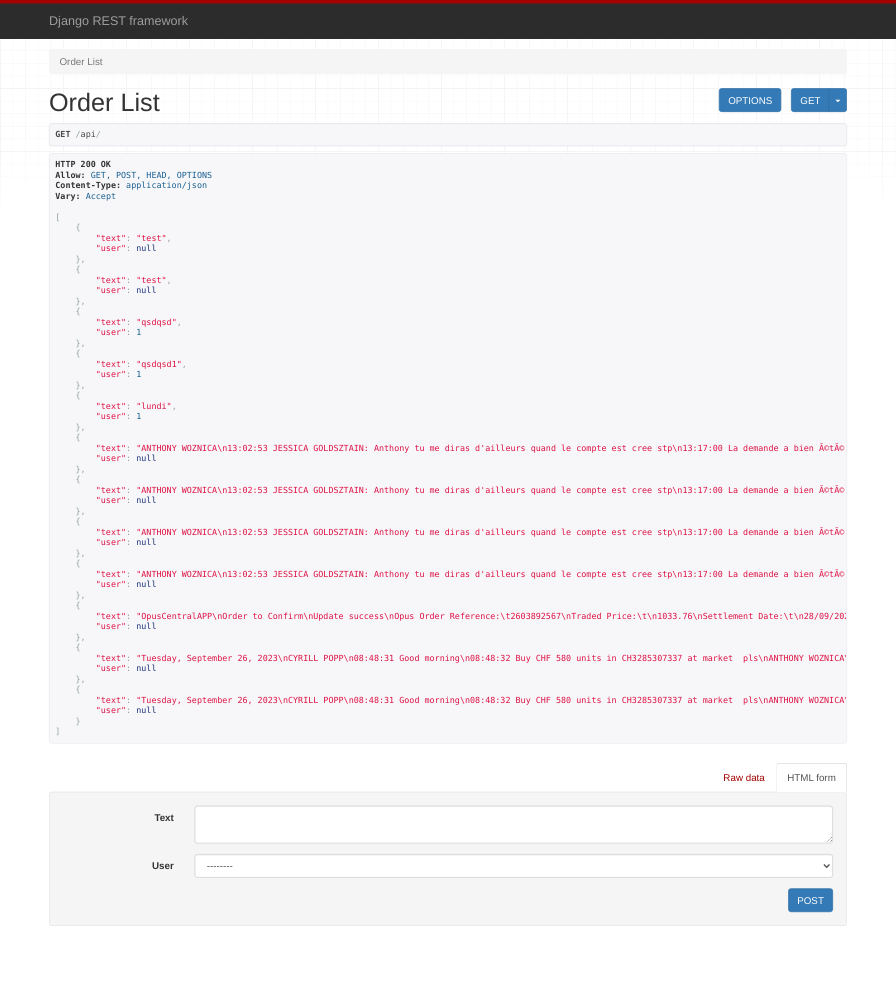
Repository: Dispasim/API2
Page: http://localhost/api/
The author's editor kept a copy of each file at every save. The page is drawn from the files as they stood at one save, then again after the next save.
The browser window is 1280 px wide. The pictures show the part of the page from y = 0 to 1920 px (the page is 1403 px tall before and 3922 px after), at 70% of full size.
Backgrounds fixed to the window are drawn as part of the page. The page is served by the project's application, run on Django 4.2 (manage.py). Other server files are loaded and not shown. The page reads the database file committed with the project.

Above is the page before, as saved 2023-11-15 22:42:53.

### projet/models.py
from django.db import models
from django.contrib.auth.models import User
from django.db.models.query import QuerySet
from django.utils import timezone

# Create your models here.

class Category(models.Model):
    name = models.CharField(max_length=100)

class Order(models.Model):

    class OrderObject(models.Manager):
        def get_queryset(self) -> QuerySet:
            return super().get_queryset().filter(status='processed')

    options = ["processing", "Processed"]

    text = models.TextField()
    isin = models.CharField(max_length=12,null=True)
    trade_date = models.DateField(null=True)
    settlement_date = models.DateField(null=True)
    primary_brocker = models.CharField(max_length=100,null=True)
    sens = models.CharField(max_length=100,null=True)
    trader = models.CharField(max_length=100,null=True)
    price = models.IntegerField(null=True)
    size = models.IntegerField(null=True)
    price_type = models.CharField(max_length=10,null=True)
    currency = models.CharField(max_length=10,null=True)
    clean_dirty = models.CharField(max_length=100,null=True)
    published = models.DateTimeField(default=timezone.now,null=True)#appeler Timestamp
    user = models.ForeignKey(User, on_delete=models.PROTECT,null=True)#pas nécessaire
    #Status = models.CharField(max_length=10, choices = options, default='processing')
    objects = models.Manager()
    orderobjects =  OrderObject()
    #category = models.ForeignKey(Category, on_delete=models.PROTECT, default = 1)

class subtrade(models.Model):
    text_subtrade = models.CharField(max_length=100,null = True, blank = True)
    #timestamp = models.DateTimeField(default=timezone.now,null=True)
    #objects = models.Manager()

class brockertrade(models.Model):
    text_brockertrade = models.TextField(null = True, blank = True)
    timestamp = models.DateTimeField(default=timezone.now,null=True)

#nomenclature : découper une pâte = subtrade
#réunion de deux subtrade = brockertrade

### projet_api/serializers.py
from rest_framework import serializers
from projet.models import Order

class OrderSerializer(serializers.ModelSerializer):
    class Meta:
        model = Order
        #fields = ("text","isin","trade_date","settlement_date","primary_brocker","sens","trader","price","size","price_type","currency","clean_dirty","user")#ajouter status
        fields = ("text","user")

### projet_api/views.py
from django.shortcuts import render
from rest_framework import generics
from projet.models import Order
from .serializers import OrderSerializer
# Create your views here.

class OrderList(generics.ListCreateAPIView):
    queryset  = Order.objects.all()#orderobject
    serializer_class = OrderSerializer


class OrderDetail(generics.RetrieveDestroyAPIView):
    Queryset = Order.objects.all()
    serializer_class = OrderSerializer

### core/urls.py

from django.contrib import admin
from django.urls import path, include

urlpatterns = [
    path('admin/', admin.site.urls),
    path('',include('projet.urls', namespace='projet')),
    path('api/',include('projet_api.urls', namespace='projet_api'))
]

### projet/urls.py
from django.urls import path
from django.views.generic import TemplateView
from .views import test
from .views import create_subtrade

app_name = 'projet'

urlpatterns = [

    #path('test/',TemplateView.as_view(template_name="projet/test.html")),
    path("test/", test, name="index"),
    path('', create_subtrade, name='create_subtrade')

]

### projet_api/urls.py
from django.urls import path
from .views import OrderList, OrderDetail

app_name = 'projet_api'

urlpatterns = [
    path('<int:pk>/',OrderDetail.as_view(),name='detailcreate'),
    path('',OrderList.as_view(), name='listcreate')
]

### db.sqlite3 (the tables this page reads, as SQL)
CREATE TABLE "auth_user" ("id" integer NOT NULL PRIMARY KEY AUTOINCREMENT, "password" varchar(128) NOT NULL, "last_login" datetime NULL, "is_superuser" bool NOT NULL, "username" varchar(150) NOT NULL UNIQUE, "last_name" varchar(150) NOT NULL, "email" varchar(254) NOT NULL, "is_staff" bool NOT NULL, "is_active" bool NOT NULL, "date_joined" datetime NOT NULL, "first_name" varchar(150) NOT NULL);
INSERT INTO "auth_user" VALUES
(1, 'pbkdf2_sha256$600000$B7RVPEkLVBTsnWIMyT88z8$smROCXotDNxek4QRbescCy2RKYGCicNA1HIFizQhF+8=', '2023-10-30 19:08:28.519506', 1, 'admin', '', '', 1, 1, '2023-10-30 15:03:18.508687', '');

CREATE TABLE "projet_order" ("id" integer NOT NULL PRIMARY KEY AUTOINCREMENT, "text" text NOT NULL, "clean_dirty" varchar(100) NULL, "currency" varchar(10) NULL, "isin" varchar(12) NULL, "price" integer NULL, "price_type" varchar(10) NULL, "primary_brocker" varchar(100) NULL, "published" datetime NULL, "sens" varchar(100) NULL, "settlement_date" date NULL, "size" integer NULL, "trade_date" date NULL, "trader" varchar(100) NULL, "user_id" integer NULL REFERENCES "auth_user" ("id") DEFERRABLE INITIALLY DEFERRED);
INSERT INTO "projet_order" VALUES
(1, 'test', NULL, NULL, NULL, NULL, NULL, NULL, '2023-11-05 22:40:27.964148', NULL, NULL, NULL, NULL, NULL, NULL),
(2, 'test', NULL, NULL, NULL, NULL, NULL, NULL, '2023-11-05 22:40:27.964148', NULL, NULL, NULL, NULL, NULL, NULL),
(3, 'qsdqsd', NULL, NULL, NULL, NULL, NULL, NULL, '2023-11-05 22:40:40.312300', NULL, NULL, NULL, NULL, NULL, 1),
(4, 'qsdqsd1', NULL, NULL, NULL, NULL, NULL, NULL, '2023-11-05 22:41:47.386012', NULL, NULL, NULL, NULL, NULL, 1),
(5, 'lundi', NULL, NULL, NULL, NULL, NULL, NULL, '2023-11-06 08:49:39.756927', NULL, NULL, NULL, NULL, NULL, 1),
(6, 'ANTHONY WOZNICA
13:02:53 JESSICA GOLDSZTAIN: Anthony tu me diras d''ailleurs quand le compte est cree stp
13:17:00 La demande a bien Ã©tÃ© faite; je te dis quand c''est done
13:07:40 LUCILE COMBE: Anthony en fait je bends 250 partt toal de bond opp : 150 pour le fonds cstb et 100 pour le fonds cma
13:17:10 Bien vu, un instant
13:39:17 100.86 au bid
13:44:03 @Lucile Combe , let me know si c''est good pour toi
14:20:46 Lucile, pour le booking de mon cÃ´tÃ© je te confirme qu''on est done pour:
6,758,000 EUR pour UBS
2,494,000 EUR pour la bil
543,000 EUR pour Cm CIC
700,000 EUR pour le fonds CSTB chez caceis lux
800,000 EUR pour le fonds CMA chez caceis lux
1075,000 EUR pour le fonds CWMA chez caceis lux
400,000 EUR pour le fonds SDA Gestion chez Cm-cic

tous Ã  100%, TD 14 VD 22/09', '(''caceis'', 3)', '(''je'', 3)', '(''pour'', 11)', 3, '(''chez'', 4)', '(''le'', 8)', '2023-11-15 23:44:28.036358', '(''EUR'', 7)', '2023-11-16', 11, '2023-11-16', '(''fonds'', 6)', NULL),
(7, 'ANTHONY WOZNICA
13:02:53 JESSICA GOLDSZTAIN: Anthony tu me diras d''ailleurs quand le compte est cree stp
13:17:00 La demande a bien Ã©tÃ© faite; je te dis quand c''est done
13:07:40 LUCILE COMBE: Anthony en fait je bends 250 partt toal de bond opp : 150 pour le fonds cstb et 100 pour le fonds cma
13:17:10 Bien vu, un instant
13:39:17 100.86 au bid
13:44:03 @Lucile Combe , let me know si c''est good pour toi
14:20:46 Lucile, pour le booking de mon cÃ´tÃ© je te confirme qu''on est done pour:
6,758,000 EUR pour UBS
2,494,000 EUR pour la bil
543,000 EUR pour Cm CIC
700,000 EUR pour le fonds CSTB chez caceis lux
800,000 EUR pour le fonds CMA chez caceis lux
1075,000 EUR pour le fonds CWMA chez caceis lux
400,000 EUR pour le fonds SDA Gestion chez Cm-cic

tous Ã  100%, TD 14 VD 22/09', '(''caceis'', 3)', '(''je'', 3)', '(''pour'', 11)', 7, '(''chez'', 4)', '(''le'', 8)', '2023-11-16 00:04:05.284304', '(''EUR'', 7)', '2023-11-16', 51, '2023-11-16', '(''fonds'', 6)', NULL),
(8, 'ANTHONY WOZNICA
13:02:53 JESSICA GOLDSZTAIN: Anthony tu me diras d''ailleurs quand le compte est cree stp
13:17:00 La demande a bien Ã©tÃ© faite; je te dis quand c''est done
13:07:40 LUCILE COMBE: Anthony en fait je bends 250 partt toal de bond opp : 150 pour le fonds cstb et 100 pour le fonds cma
13:17:10 Bien vu, un instant
13:39:17 100.86 au bid
13:44:03 @Lucile Combe , let me know si c''est good pour toi
14:20:46 Lucile, pour le booking de mon cÃ´tÃ© je te confirme qu''on est done pour:
6,758,000 EUR pour UBS
2,494,000 EUR pour la bil
543,000 EUR pour Cm CIC
700,000 EUR pour le fonds CSTB chez caceis lux
800,000 EUR pour le fonds CMA chez caceis lux
1075,000 EUR pour le fonds CWMA chez caceis lux
400,000 EUR pour le fonds SDA Gestion chez Cm-cic

tous Ã  100%, TD 14 VD 22/09', '(''caceis'', 3)', '(''je'', 3)', '(''pour'', 11)', 39, '(''chez'', 4)', '(''le'', 8)', '2023-11-16 00:52:44.151938', '(''EUR'', 7)', '2023-11-16', 43, '2023-11-16', '(''fonds'', 6)', NULL),
(9, 'ANTHONY WOZNICA
13:02:53 JESSICA GOLDSZTAIN: Anthony tu me diras d''ailleurs quand le compte est cree stp
13:17:00 La demande a bien Ã©tÃ© faite; je te dis quand c''est done
13:07:40 LUCILE COMBE: Anthony en fait je bends 250 partt toal de bond opp : 150 pour le fonds cstb et 100 pour le fonds cma
13:17:10 Bien vu, un instant
13:39:17 100.86 au bid
13:44:03 @Lucile Combe , let me know si c''est good pour toi
14:20:46 Lucile, pour le booking de mon cÃ´tÃ© je te confirme qu''on est done pour:
6,758,000 EUR pour UBS
2,494,000 EUR pour la bil
543,000 EUR pour Cm CIC
700,000 EUR pour le fonds CSTB chez caceis lux
800,000 EUR pour le fonds CMA chez caceis lux
1075,000 EUR pour le fonds CWMA chez caceis lux
400,000 EUR pour le fonds SDA Gestion chez Cm-cic

tous Ã  100%, TD 14 VD 22/09', '(''caceis'', 3)', '(''je'', 3)', '(''pour'', 11)', 11, '(''chez'', 4)', '(''le'', 8)', '2023-11-16 00:55:53.355749', '(''EUR'', 7)', '2023-11-16', 100, '2023-11-16', '(''fonds'', 6)', NULL),
(10, 'OpusCentralAPP
Order to Confirm
Update success
Opus Order Reference:	2603892567
Traded Price:	
1033.76
Settlement Date:	
28/09/2023
Partial Filled Amount:	
11
Accrued Interest(If Any):	
accrued interest
Total Settlement Amount):	
settlement amount
Broker Order Reference:	
broker Order Reference info
Action:	
Order ID:	2603892567
Compartment:	A3GY15 - Compartment 428
Broker Name:	Kepler Cheuvreux
Buy/Sell:	Buy
Currency:	USD
ISIN/Identifer:	DE9739RO0760
Nominal/Units/Amount:	14
[Nominal/Units/Amount]:	Units
Price Limit:	1033.76
Valid Until:	9/26/2023 12:00:00 AM
Quotation:	
Additional Info:	
Order Status:	Complete (Partially filled)
Broker Settlement Date:	9/28/2023 12:00:00 AM
Broker Agreed Final Filled Amount:	11
Broker Agreed Traded Price:	1033.76
Broker Agreed Accrued Interest:	
Broker Agreed Total Settlement Amount:	
Broker Order Reference:	
Broker Agreed Status:	Complete (Partially filled)
Â© 2022 - OpusCentralAPP', '(''Amount:'', 3)', '(''1033.76'', 3)', '(''Broker'', 9)', 26, '(''Reference:'', 3)', '(''Order'', 7)', '2023-11-16 00:56:29.994282', '(''Agreed'', 5)', '2023-11-16', 100, '2023-11-16', '(''Settlement'', 4)', NULL),
(11, 'Tuesday, September 26, 2023
CYRILL POPP
08:48:31 Good morning
08:48:32 Buy CHF 580 units in CH3285307337 at market  pls
ANTHONY WOZNICA
08:49:37 Hi hi
08:50:12 Well seen, will revert after open
CYRILL POPP
08:53:39 Ok thx
DOMINIK PHILIPP GANTNER
09:18:18  Buy USD 42k XSY486T90976 at market pls
ANTHONY WOZNICA
09:20:01 hihi
09:20:03 Well seen
09:18:18 DOMINIK PHILIPP GANTNER:  Buy USD 42k XSY486T90976 at market pls
09:20:11 Will revert after US on this one
DOMINIK PHILIPP GANTNER
09:20:25 Ok thank you
ANTHONY WOZNICA
09:20:31 CH3285307337 with you shortly
08:48:32 CYRILL POPP: Buy CHF 580 units in CH3285307337 at market  pls
09:24:23 Done at 94.46 TD 26 VD 28
MARTIN GROB
09:25:52 Hi
09:26:07 sub USD 275k XS27671785421 at 100%
ARTHUR MALSERT
09:26:07 MARTIN GROB: sub USD 275k XS27671785421 at 100%
09:36:58 Hello Martin, don''t you mean XS2671785421?
MARTIN GROB
09:39:18 yes correct
ARTHUR MALSERT
09:39:34 Ok thanks, order reserved. We''ll revert with confirmation
ALEXIS BOUVET
09:26:07 MARTIN GROB: sub USD 275k XS27671785421 at 100%
09:45:56 +USD 275k in XS2671785421 done @ 100% TD 26/09 VD 04/10
MARTIN GROB
09:47:30 done thx
CYRILL POPP
09:24:23 ANTHONY WOZNICA: Done at 94.46 TD 26 VD 28
10:26:35 Done thx
ANTHONY WOZNICA
15:35:40 XSY486T90976  done at 99.58% TD 26 VD 28', '(''market'', 4)', '(''Buy'', 4)', '(''at'', 10)', 89, '(''CYRILL'', 4)', '(''ANTHONY'', 5)', '2023-11-16 01:01:34.075446', '(''USD'', 5)', '2023-11-16', 73, '2023-11-16', '(''MARTIN'', 5)', NULL),
(12, 'Tuesday, September 26, 2023
CYRILL POPP
08:48:31 Good morning
08:48:32 Buy CHF 580 units in CH3285307337 at market  pls
ANTHONY WOZNICA
08:49:37 Hi hi
08:50:12 Well seen, will revert after open
CYRILL POPP
08:53:39 Ok thx
DOMINIK PHILIPP GANTNER
09:18:18  Buy USD 42k XSY486T90976 at market pls
ANTHONY WOZNICA
09:20:01 hihi
09:20:03 Well seen
09:18:18 DOMINIK PHILIPP GANTNER:  Buy USD 42k XSY486T90976 at market pls
09:20:11 Will revert after US on this one
DOMINIK PHILIPP GANTNER
09:20:25 Ok thank you
ANTHONY WOZNICA
09:20:31 CH3285307337 with you shortly
08:48:32 CYRILL POPP: Buy CHF 580 units in CH3285307337 at market  pls
09:24:23 Done at 94.46 TD 26 VD 28
MARTIN GROB
09:25:52 Hi
09:26:07 sub USD 275k XS27671785421 at 100%
ARTHUR MALSERT
09:26:07 MARTIN GROB: sub USD 275k XS27671785421 at 100%
09:36:58 Hello Martin, don''t you mean XS2671785421?
MARTIN GROB
09:39:18 yes correct
ARTHUR MALSERT
09:39:34 Ok thanks, order reserved. We''ll revert with confirmation
ALEXIS BOUVET
09:26:07 MARTIN GROB: sub USD 275k XS27671785421 at 100%
09:45:56 +USD 275k in XS2671785421 done @ 100% TD 26/09 VD 04/10
MARTIN GROB
09:47:30 done thx
CYRILL POPP
09:24:23 ANTHONY WOZNICA: Done at 94.46 TD 26 VD 28
10:26:35 Done thx
ANTHONY WOZNICA
15:35:40 XSY486T90976  done at 99.58% TD 26 VD 28', '(''market'', 4)', '(''Buy'', 4)', '(''at'', 10)', 45, '(''CYRILL'', 4)', '(''ANTHONY'', 5)', '2023-11-16 01:02:36.756269', '(''USD'', 5)', '2023-11-16', 7, '2023-11-16', '(''MARTIN'', 5)', NULL);

After the next save:
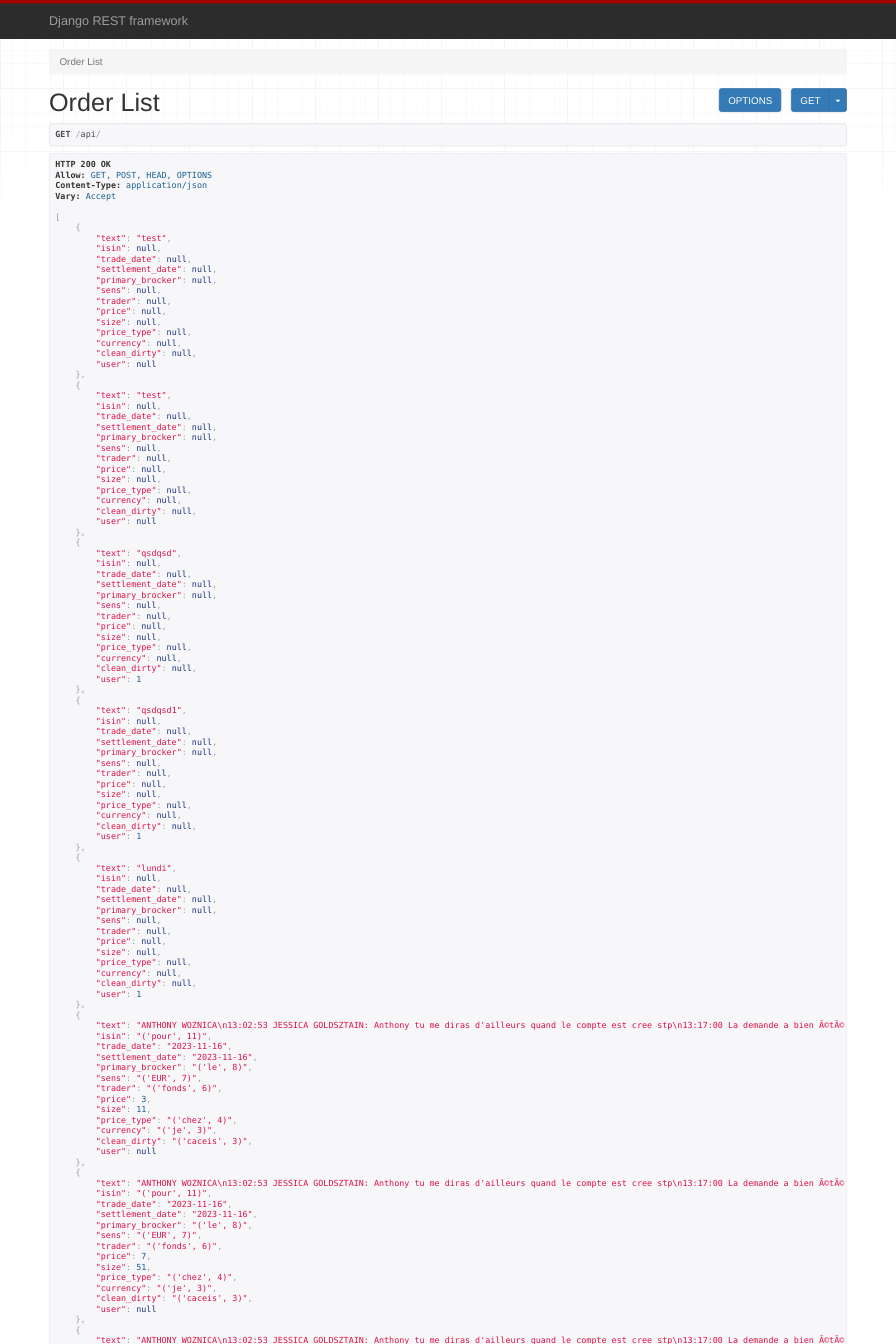
Saved 12 s later.
--- a/projet_api/serializers.py
+++ b/projet_api/serializers.py
@@ -4,5 +4,5 @@ from projet.models import Order
 class OrderSerializer(serializers.ModelSerializer):
     class Meta:
         model = Order
-        #fields = ("text","isin","trade_date","settlement_date","primary_brocker","sens","trader","price","size","price_type","currency","clean_dirty","user")#ajouter status
-        fields = ("text","user")
+        fields = ("text","isin","trade_date","settlement_date","primary_brocker","sens","trader","price","size","price_type","currency","clean_dirty","user")#ajouter status
+        #fields = ("text","user")
